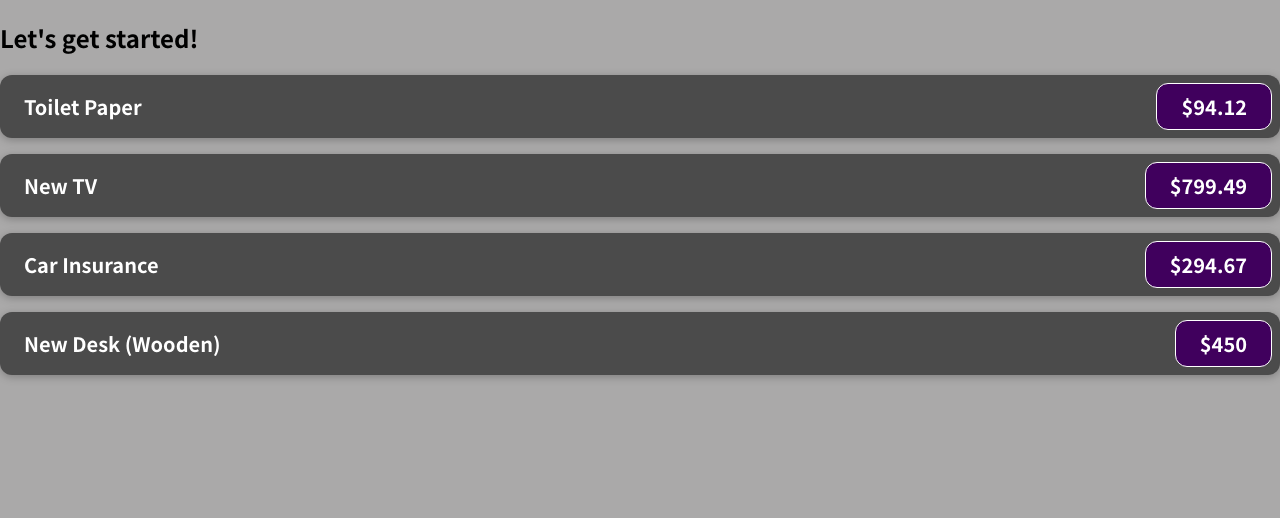
Repository: otvertka/MSC
Page: /
These files come from the project's save history. The page is drawn as it stood at one moment and after a run of saves; the edit follows.
The browser window is 1280 px wide. The pictures show the whole page.
The project was rebuilt for these pictures with package versions that can differ from the ones it lists, and the page was loaded fresh each time.

Above is the page before, as saved 2023-06-18 11:43:54.

After the next 4 saves:
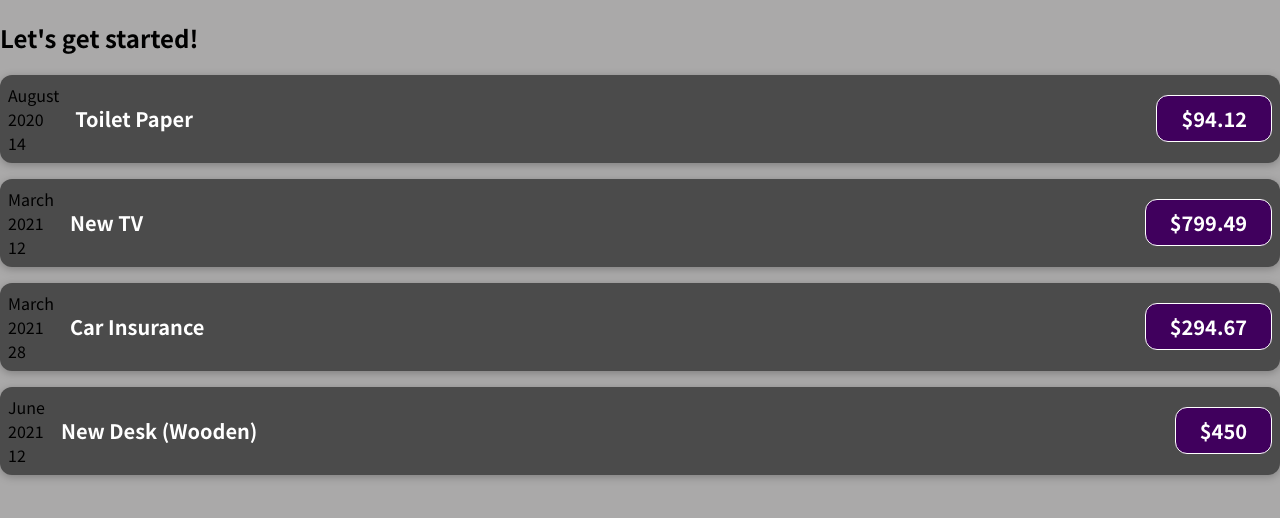
The 4 saves are shown as one change because 3 did not build or start.
The last was saved 14 min 2 s later.
--- a/src/components/ExpenseItem.js
+++ b/src/components/ExpenseItem.js
@@ -1,10 +1,12 @@
-import ExpenseDate from "./ExpenseDate";
+import ExpenseDate from "./ExpenseDate.js";
 import "./ExpenseItem.css";
 
 function ExpenseItem(props) {
   return (
     //
+
     <div className="expense-item">
+      <ExpenseDate date={props.date} />
       <div className="expense-item__description">
         <h2>{props.title}</h2>
         <div className="expense-item__price">${props.amount}</div>
--- a/src/components/ExpenseDate.js
+++ b/src/components/ExpenseDate.js
@@ -11,3 +11,5 @@ function ExpenseDate(props) {
     </div>
   );
 }
+
+export default ExpenseDate;
